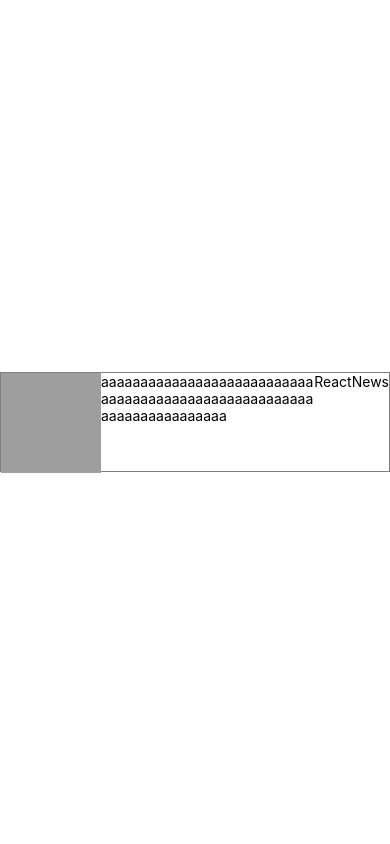
Repository: kawamoto0429/udemy_news
Screen: /
The author's editor kept a copy of each file at every save. The screen is drawn from the files as they stood at one save, then again after the next save.
Pictures or frames that could not be fetched are drawn as grey boxes. The app was drawn by React Native's web renderer in a window 390 px wide. The project was rebuilt for these pictures with package versions that can differ from the ones it lists, and the page was loaded fresh each time.

Above is the screen before, as saved 2022-03-02 21:04:44.

### App.js
import React from 'react';
import { StyleSheet, Text, View, Image } from 'react-native';

export default function App() {

  const styles = StyleSheet.create({
    container: {
      flex: 1,
      backgroundColor: '#fff',
      alignItems: 'center',
      justifyContent: 'center',
    },
    itemContainer: {
      height: 100,
      width: "100%",
      borderColor: 'gray',
      borderWidth: 1,
      flexDirection: "row"
    },
    leftContainer: {
      width: 100,
    },
    rightContainer: {
      flex: 1,
    },
    stretch: {
      width: 100,
      height: 100,
    },


  });

  return (
    <View style={styles.container}>
      <View style={styles.itemContainer}>
        <View style={styles.leftContainer}>
        <Image
          style={styles.stretch}
          source={{uri: "https://picsum.photos/200/300" }}
        />
        </View>
        <View style={styles.rightContainer}/>
          <Text numberOfLines={3}>
            aaaaaaaaaaaaaaaaaaaaaaaaaaaaaaaaaaaaaaaaaaaaaaaaaaaaaaaaaaaaaaaaaaaaaa
          </Text>
          <Text>
            ReactNews
          </Text>
      </View>
    </View>
  );
}

After the next save:
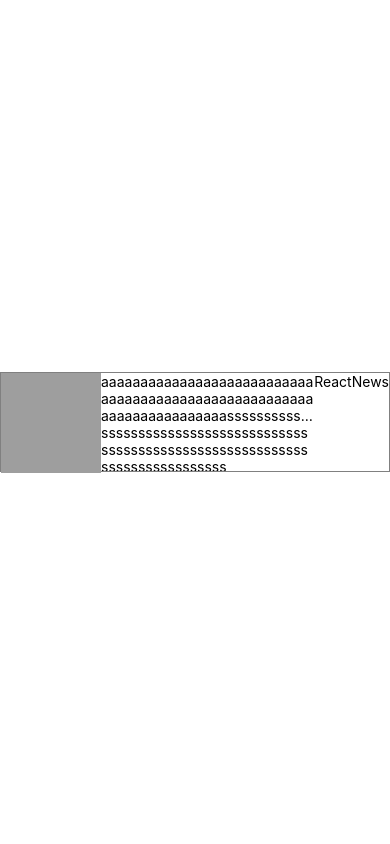
Saved 10 s later.
--- a/App.js
+++ b/App.js
@@ -42,7 +42,7 @@ export default function App() {
         </View>
         <View style={styles.rightContainer}/>
           <Text numberOfLines={3}>
-            aaaaaaaaaaaaaaaaaaaaaaaaaaaaaaaaaaaaaaaaaaaaaaaaaaaaaaaaaaaaaaaaaaaaaa
+            aaaaaaaaaaaaaaaaaaaaaaaaaaaaaaaaaaaaaaaaaaaaaaaaaaaaaaaaaaaaaaaaaaaaaassssssssssssssssssssssssssssssssssssssssssssssssssssssssssssssssssssssssssssssssssss
           </Text>
           <Text>
             ReactNews
